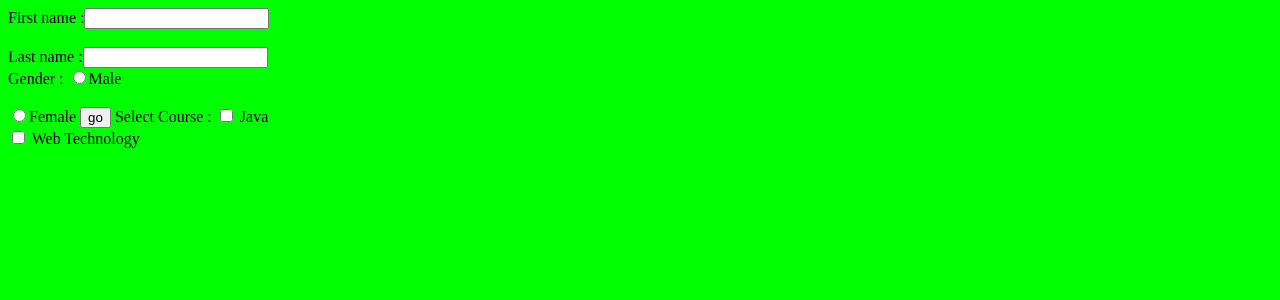
Repository: akale1992/Learning-HIBERNATE-SERVLETS
Page: jspdemo/WebContent/Welcome.html
The author's editor kept a copy of each file at every save. The page is drawn from the files as they stood at one save, then again after the next save.
The browser window is 1280 px wide. The pictures show the whole page.

Above is the page before, as saved 2015-09-15 04:33:59.

### jspdemo/WebContent/Welcome.html
<!DOCTYPE html>
<html>
<head>
<meta charset="ISO-8859-1">
<title>Insert title here</title>
</head>
<body bgcolor="lime">
<form action="index.jsp">
First name :<input type="text" name="fname"><br><br>
Last name  :<input type="text" name="lname"><br>
Gender : <input type="radio" value="male" name="r1">Male<br><br>
<input type="radio" value="Female" name="r1">Female
<input type="submit" value="go">
Select Course : <input type="checkbox" name="java"> Java<br>
 <input type="checkbox" name="web "> Web Technology
</form>

</body>
</html>

After the next save:
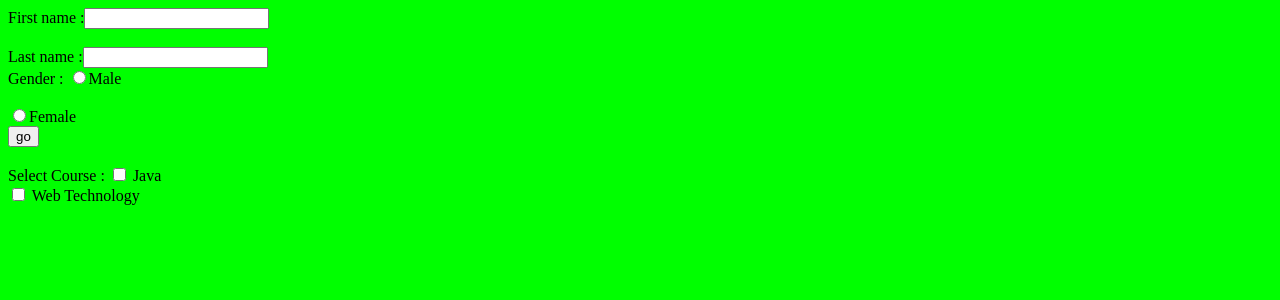
Saved 33 s later.
--- a/jspdemo/WebContent/Welcome.html
+++ b/jspdemo/WebContent/Welcome.html
@@ -9,8 +9,8 @@
 First name :<input type="text" name="fname"><br><br>
 Last name  :<input type="text" name="lname"><br>
 Gender : <input type="radio" value="male" name="r1">Male<br><br>
-<input type="radio" value="Female" name="r1">Female
-<input type="submit" value="go">
+<input type="radio" value="Female" name="r1">Female<br>
+<input type="submit" value="go"><br><br>
 Select Course : <input type="checkbox" name="java"> Java<br>
  <input type="checkbox" name="web "> Web Technology
 </form>
